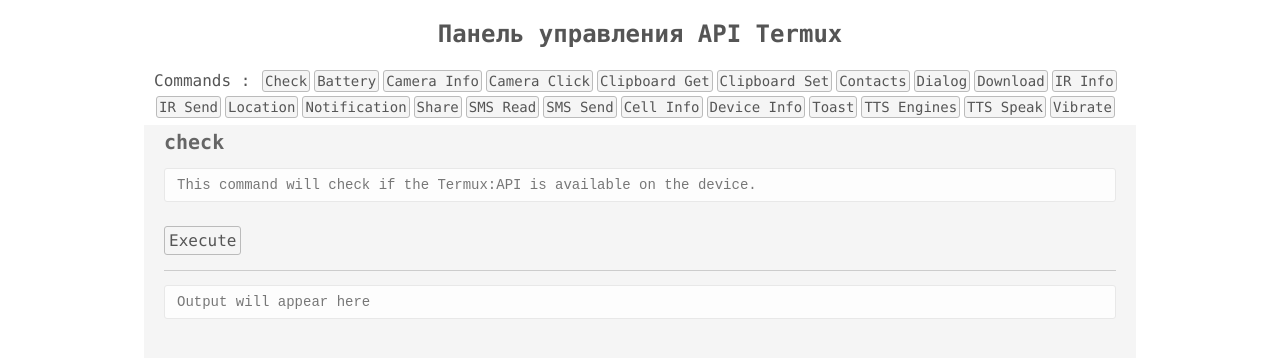
Repository: easy-quest/PHP-Termux-API
Page: http://localhost/api.php
An editor plug-in stored every save of this project. The page is shown before and after the next save, followed by the edit.
The browser window is 1280 px wide. The pictures show the whole page.
The page is run by PHP 8.4 with error messages shown; the project is at /var/www/html/.

Above is the page before, as saved 2021-12-02 01:29:56.

### api.php
<?php
if(isset($_REQUEST['command']) && isset($_REQUEST['param'])){
  /* Check if Termux:API is available */
  if($_REQUEST['command']=="check"){
    $test = shell_exec('termux-battery-status -h');
    if (substr($test, 0, 5) === 'Usage'){
      die("Termux:API is available");
    }
    else{
      die("Termux:API is not available");
    }
  }

  $command=$_REQUEST['command'];
  $param=$_REQUEST['param'];
  if(!$param==""){
    $response=shell_exec("$command $param");
  }
  else{
    $response=shell_exec("$command");
  }

  echo $response;
  exit();
}
?>
<!DOCTYPE html>
<html>
<head>
<meta name="viewport" content="width=device-width, initial-scale=1.0">
<style>
* {
  box-sizing: border-box;
}
.btn{
  background-color:#f5f5f5;
  display: inline-block;
  color: #555;
  text-align: center;
  border: solid 1px #bbb;
  border-radius:3px;
}
.btn:hover{
  cursor: pointer;
  background-color: #ddd;
}
pre{
  padding:8px 12px;
  overflow-x:scroll;
  border: 1px solid #e8e8e8;
  border-radius:3px;
  background-color:#fdfdfd;
  color:#777;
  font-size:14px
}
code{
  border: 0;
  padding-right: 0;
  padding-left: 0;
}
input{
  font-family:MonoSpace;
  color:#555;
  border:solid 1px #bbb;
  border-radius:4px;
  padding:4px;
  outline:none
}
.commands {
  max-width:992px;
  margin:auto;
  padding-left:10px;
  padding-right:10px;
}
.commands a {
  background-color:#f5f5f5;
  display: inline-block;
  color: #555;
  text-align: center;
  border: solid 1px #bbb;
  border-radius:3px;
  font-size:14px;
  color: #555;
  padding: 2px;
  margin:2px;
  text-decoration: none;
}
.commands a:hover{
  cursor: pointer;
  background-color: #ddd;
}
.execute{
  padding:4px;
  margin-top:10px;
}
.main {
  margin:auto;
  margin-top:5px;
  max-width:992px;
  padding:5px 20px;
  background:#f5f5f5;
  min-height:350px;
}
#photo-link{
  padding:4px;
  margin-top:5px;
  margin-bottom:50px;
  text-decoration:none;
}

@media only screen and (max-width:992px) {
  .commands, .main{
    width:100%;
  }
}
</style>
</head>
<body style="color:#555;font-family:Consolas, MonoSpace;margin:0px;">
  <h2 style="text-align:center">Панель управления API Termux</h2>
  <div class="commands">
    Commands :
    <a onclick="cmd(0)" href=#>Check</a><a onclick="cmd(1)" href=#>Battery</a><a onclick="cmd(2)" href=#>Camera Info</a><a onclick="cmd(3)" href=#>Camera Click</a><a onclick="cmd(4)" href=#>Clipboard Get</a><a onclick="cmd(5)" href=#>Clipboard Set</a><a onclick="cmd(6)" href=#>Contacts</a><a onclick="cmd(7)" href=#>Dialog</a><a onclick="cmd(8)" href=#>Download</a><a onclick="cmd(9)" href=#>IR Info</a><a onclick="cmd(10)" href=#>IR Send</a><a onclick="cmd(11)" href=#>Location</a><a onclick="cmd(12)" href=#>Notification</a><a onclick="cmd(13)" href=#>Share</a><a onclick="cmd(14)" href=#>SMS Read</a><a onclick="cmd(15)" href=#>SMS Send</a><a onclick="cmd(16)" href=#>Cell Info</a><a onclick="cmd(17)" href=#>Device Info</a><a onclick="cmd(18)" href=#>Toast</a><a onclick="cmd(19)" href=#>TTS Engines</a><a onclick="cmd(20)" href=#>TTS Speak</a><a onclick="cmd(21)" href=#>Vibrate</a>
  </div>
  <div class="main">
    <div id="command" style="color:#666;font-weight:bold;font-size:20px"></div>
    <pre style="white-space:pre-wrap;"><code id= "documentation"></code></pre>
    <div>
      <div id="param" style="margin-top:10px">
        <span style="">Enter parameters : </span>
        <input id="paramInput">
      </div>
      <div onclick="execute()" class="execute btn">Execute</div>
    </div>
    <div style="border-top:solid 1px #ccc;width:100%;height:1px;margin:auto;margin-top:15px;margin-bottom:5px;"></div>
    <pre><code id= "response"></code></pre>
  </div>

  <script>
  var api = {
    0:{command:"check",doc:"This command will check if the Termux:API is available on the device.",sampleParam:""},
    1:{command:"termux-battery-status",doc:"Usage: termux-battery-status\nGet the status of the device battery.",sampleParam:""},
    2:{command:"termux-camera-info",doc:"Usage: termux-camera-info\nGet information about device camera(s).",sampleParam:""},
    3:{command:"termux-camera-photo",doc:"Usage: termux-camera-photo [-c camera-id] output-file\nTake a photo and save it to a file in JPEG format.\n\n  -c camera-id  ID of the camera to use (see termux-camera-info), default: 0",sampleParam:"-c 0 photo.jpg"},
    4:{command:"termux-clipboard-get",doc:"Usage: termux-clipboard-get\nGet the system clipboard text.",sampleParam:""},
    5:{command:"termux-clipboard-set",doc:"Usage: termux-clipboard-set [text]\nSet the system clipboard text. The text to set is either supplied as arguments or read from stdin if no arguments are given.",sampleParam:"Hello"},
    6:{command:"termux-contact-list",doc:"Usage: termux-contact-list\nList all contacts.",sampleParam:""},
    7:{command:"termux-dialog",doc:"Usage: termux-dialog [-i hint] [-m] [-p] [-t title]\nShow a text entry dialog.\n\n  -i hint   the input hint to show when the input is empty\n  -m        use a textarea with multiple lines instead of a single\n  -p        enter the input as a password\n  -t title  the title to show for the input prompt",sampleParam:"-t Enter Something"},
    8:{command:"termux-download",doc:"Usage: termux-download [-d description] [-t title] url-to-download\nDownload a resource using the system download manager.\n\n  -d description  description for the download request notification\n  -t title        title for the download request notification",sampleParam:"-t Anupam http://g.jpg"},
    9:{command:"termux-infrared-frequencies",doc:"Usage: termux-infrared-frequencies\nQuery the infrared transmitter's supported carrier frequencies.",sampleParam:""},
    10:{command:"termux-infrared-transmit",doc:"Usage: termux-infrared-transmit -f frequency pattern\nTransmit an infrared pattern. The pattern is specified in comma-separated on/off intervals, such as '20,50,20,30'. Only patterns shorter than 2 seconds will be transmitted.\n\n  -f frequency  IR carrier frequency in Hertz",sampleParam:"-f 30000 20,50,20,30"},
    11:{command:"termux-location",doc:"usage: termux-location [-p provider] [-r request]\nGet the device location.\n\n  -p provider  location provider [gps/network/passive] (default: gps)\n  -r request   kind of request to make [once/last/updates] (default: once)",sampleParam:"-p gps -r once"},
    12:{command:"termux-notification",doc:"Usage: termux-notification [-c content] [-i id] [-t title] [-u url]\nDisplay a system notification.\n\n  -c content notification content to show\n  -i id      notification id (will overwrite any previous notification\n               with the same id)\n  -t title   notification title to show\n  -u url     notification url when clicking on it",sampleParam:"-c This is a notification -t Notification"},
    13:{command:"termux-share",doc:"Usage: termux-share [-a action] [-c content-type] [-d] [-t title] [file]\nShare a file specified as argument or the text received on stdin if no file argument is given.\n\n  -a action        which action to performed on the shared content:\n                     edit/send/view (default:view)\n  -c content-type  content-type to use (default: guessed from file extension,\n                     text/plain for stdin)\n  -d               share to the default receiver if one is selected\n                     instead of showing a chooser\n\n  -t title         title to use for shared content (default: shared file name)",sampleParam:"-a view photo.jpg"},
    14:{command:"termux-sms-inbox",doc:"Usage: termux-sms-inbox [-d] [-l limit] [-n] [-o offset]\nList received SMS messages.\n\n  -d         show dates when messages were created\n  -l limit   offset in sms list (default: 10)\n  -n         show phone numbers\n  -o offset  offset in sms list (default: 0)",sampleParam:"-l 10 -n -o 0"},
    15:{command:"termux-sms-send",doc:"Usage: termux-sms-send -n number[,number2,number3,...] [text]\nSend a SMS message to the specified recipient number(s). The text to send is either supplied as arguments or read from stdin if no arguments are given.\n\n  -n number(s)  recipient number(s) - separate multiple numbers by commas",sampleParam:"-n 1234567890 Hello"},
    16:{command:"termux-telephony-cellinfo",doc:"Usage: termux-telephony-cellinfo\nGet information about all observed cell information from all radios on the device including the primary and neighboring cells.",sampleParam:""},
    17:{command:"termux-telephony-deviceinfo",doc:"Usage: termux-telephony-deviceinfo\nGet information about the telephony device.",sampleParam:""},
    18:{command:"termux-toast",doc:"Usage: termux-toast [-s] [text]\nShow text in a Toast (a transient popup). The text to show is either supplied as arguments or read from stdin if no arguments are given.\n\n -s  only show the toast for a short while",sampleParam:"-s This is a toast"},
    19:{command:"termux-tts-engines",doc:"Usage: termux-tts-engines\nGet information about the available text-to-speech (TTS) engines. The name of an engine may be given to the termux-tts-speak command using the -e option.",sampleParam:""},
    20:{command:"termux-tts-speak",doc:"Usage: termux-tts-speak [-e engine] [-l language] [-p pitch] [-r rate] [-s stream] [text-to-speak]\nSpeak text with a system text-to-speech (TTS) engine. The text to speak is either supplied as arguments or read from stdin if no arguments are given.\n\n  -e engine    TTS engine to use (see termux-tts-engines)\n  -l language  language to speak in (may be unsupported by the engine)\n  -p pitch     pitch to use in speech. 1.0 is the normal pitch,\n                 lower values lower the tone of the synthesized voice,\n                 greater values increase it.\n  -r rate      speech rate to use. 1.0 is the normal speech rate,\n                 lower values slow down the speech\n                 (0.5 is half the normal speech rate)\n                 while greater values accelerates it\n                 (2.0 is twice the normal speech rate).\n  -s stream    audio stream to use (default:NOTIFICATION), one of:\n                 ALARM, MUSIC, NOTIFICATION, RING, SYSTEM, VOICE_CALL",sampleParam:"-p 1.3 Hello How are you"},
    21:{command:"termux-vibrate",doc:"Usage: termux-vibrate [-d duration] [-f]\nVibrate the device.\n\n  -d duration  the duration to vibrate in ms (default:1000)\n  -f           force vibration even in silent mode",sampleParam:"-d 500"}
  }

  //default values
  var command = api[0].command;
  var param = "";
  var doc = api[0].doc;
  var msg = "Output will appear here";

  document.getElementById("param").hidden= true;
  document.getElementById("response").innerHTML = msg;
  document.getElementById("command").innerHTML = command;
  document.getElementById("documentation").innerHTML = doc;

/** Function to select command and sampleParam*/
  function cmd(id=0){
    command = api[id].command;
    var doc = api[id].doc;
    var sampleParam = api[id].sampleParam;
    document.getElementById("documentation").innerHTML = doc;
    document.getElementById("command").innerHTML = command;
    document.getElementById("response").innerHTML = msg;
    var photoLink = document.getElementById("photo-link");
    if(photoLink){
      photoLink.parentNode.removeChild(photoLink);
    }
    if(sampleParam==""){
      document.getElementById("param").hidden = true;
      document.getElementById("paramInput").value = "";
    }
    else{
      document.getElementById("param").hidden = false;
      document.getElementById("paramInput").value = sampleParam;
    }
  }

/** Function to send AJAX Request with command and param, then show the response*/
  function execute(){
    param = document.getElementById("paramInput").value;
    var xhttp = new XMLHttpRequest();
    xhttp.onreadystatechange = function() {
      if(this.readyState == 1){
        document.getElementById("response").innerHTML = "server connection established";
      }
      if(this.readyState == 2){
        document.getElementById("response").innerHTML = "request received";
      }
      if(this.readyState == 3){
        document.getElementById("response").innerHTML = "processing request";
      }
      if (this.readyState == 4 && this.status == 200) {
        document.getElementById("response").innerHTML = this.responseText;
        if(command=="termux-camera-photo"){
          var name = param.substring(5);
          var l = document.createElement("a");
          var text = document.createTextNode("View Image");
          l.appendChild(text);
          l.setAttribute("href",name);
          l.setAttribute("target","_blank");
          l.setAttribute("id","photo-link");
          l.setAttribute("class","btn");
          document.getElementById("response").parentElement.parentElement.appendChild(l);
        }
      }
    };
    xhttp.open("POST", "<?php echo basename(__FILE__);?>", true);
    xhttp.setRequestHeader("Content-type", "application/x-www-form-urlencoded");
    xhttp.send("command=" + command + "&param=" + param);
  }
  </script>
</body>
</html>

After the next save:
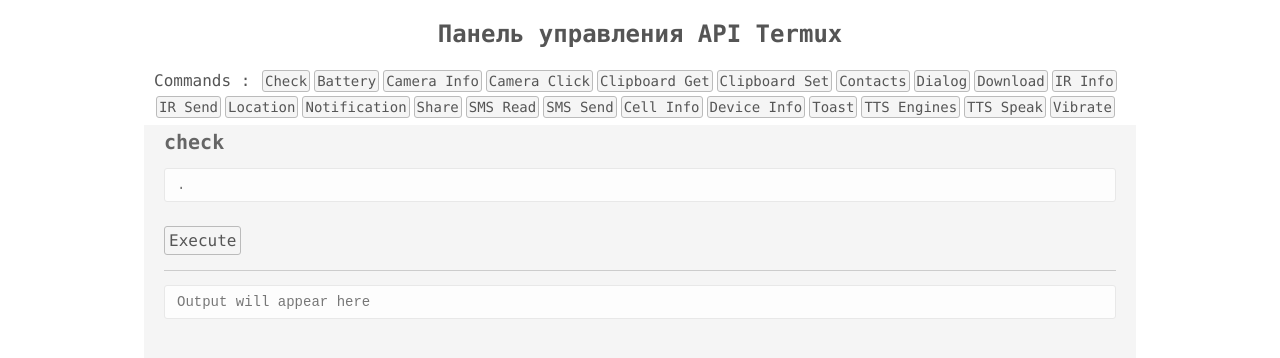
Saved 71 s later.
--- a/api.php
+++ b/api.php
@@ -137,7 +137,7 @@
 
   <script>
   var api = {
-    0:{command:"check",doc:"This command will check if the Termux:API is available on the device.",sampleParam:""},
+    0:{command:"check",doc:".",sampleParam:""},
     1:{command:"termux-battery-status",doc:"Usage: termux-battery-status\nGet the status of the device battery.",sampleParam:""},
     2:{command:"termux-camera-info",doc:"Usage: termux-camera-info\nGet information about device camera(s).",sampleParam:""},
     3:{command:"termux-camera-photo",doc:"Usage: termux-camera-photo [-c camera-id] output-file\nTake a photo and save it to a file in JPEG format.\n\n  -c camera-id  ID of the camera to use (see termux-camera-info), default: 0",sampleParam:"-c 0 photo.jpg"},
